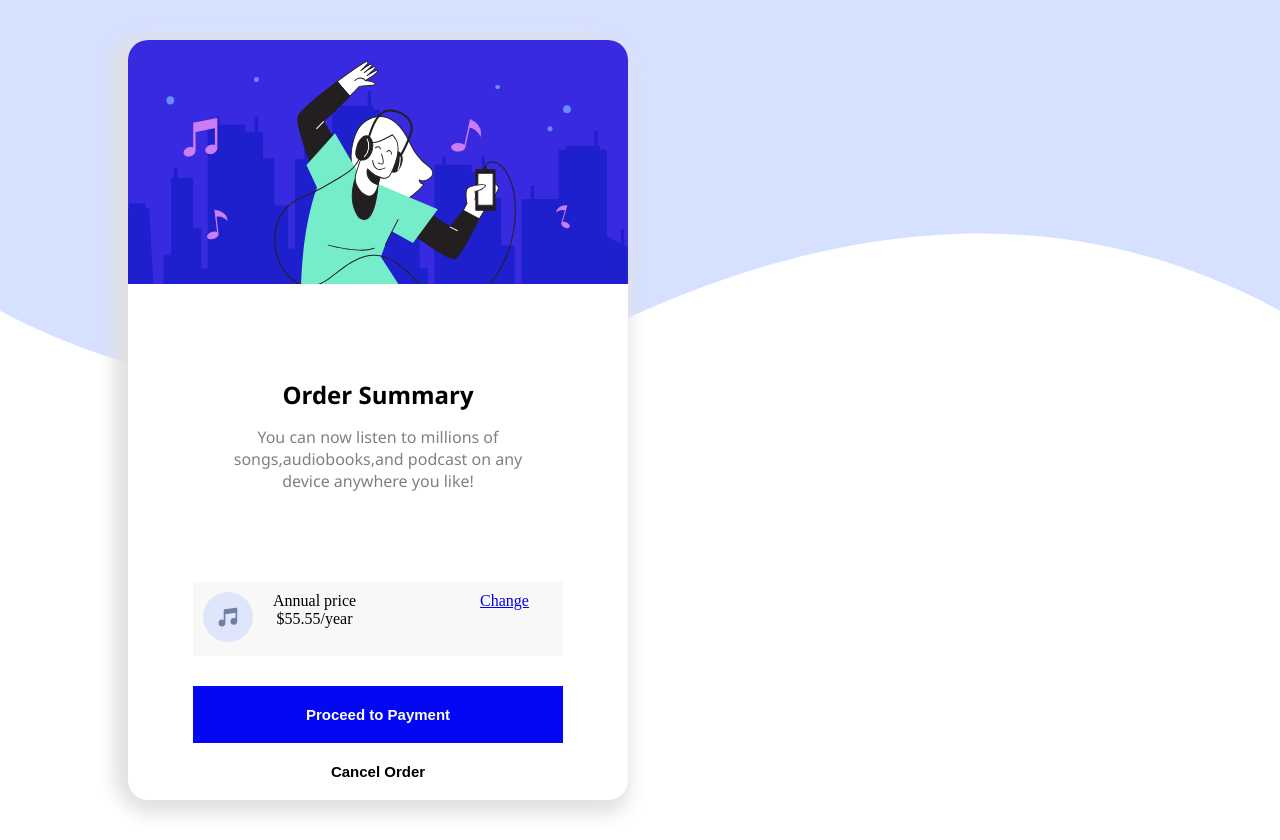
Repository: Eugene44-hub/newbie-project
Page: index.html
These files come from the project's save history. The page is drawn as it stood at one moment and after the next save; the edit follows.
The browser window is 1280 px wide. The pictures show the whole page.

Above is the page before, as saved 2021-08-29 10:04:17.

### index.html
<!DOCTYPE html>
<html lang="en">

<head>
    <link rel="stylesheet" href="style.css">
    <meta charset="UTF-8">
    <meta http-equiv="X-UA-Compatible" content="IE=edge">
    <meta name="viewport" content="width=device-width, initial-scale=1.0">
    <title>Document</title>
</head>

<body>
    <div class="container">

        <div class="card-container">
            <div class="card">
                <div class="content">
                    <div class="image"> <img src="illustration-hero.svg"></div>

                    <div class="text">
                        <h2>Order Summary</h2>
                        <p>You can now listen to millions of songs,audiobooks,and podcast on any device anywhere you like!</p>
                    </div>
                    <div class="musicCard">
                        <div class=musicIcon> <img src="icon-music.svg" id="icon" alt=""></div>
                        <div class="sub">Annual price <br>$55.55/year
                        </div>
                        <div class="link">
                            <a href="#">Change</a>
                        </div>

                    </div>
                    <button id="proceed">
                        Proceed to Payment
                    </button >
                    <button id="cancel">
                        Cancel Order
                    </button>
                </div>

            </div>
        </div>

    </div>
</body>

</html>

### style.css
* {
    padding: 0;
    margin: 0;
}

.container {
    background-image: url('pattern-background-desktop.svg');
    background-position: top;
    background-size: contain;
    background-repeat: no-repeat;
}

.card-container {
    display: flex;
    justify-content: center;
    align-items: center;
}

.card {
    margin-top: 40px;
    padding: 40px;
    width: 80%;
    margin: auto;
}

img {
    width: 100%;
    border-top-left-radius: 20px;
    border-top-right-radius: 20px;
}

.image {}

.content {
    text-align: center;
    background-color: white;
    border-radius: 20px;
    max-width: 500px;
    box-shadow: 0px 13px 20px rgb(226, 224, 224), -13px -0px 20px rgb(226, 224, 224);
}

.content::after {}

h2,
p {
    font-family: 'Segoe UI', Tahoma, Geneva, Verdana, sans-serif;
}

.text {
    padding: 90px;
}

h2 {
    margin-bottom: 15px;
}

p {
    color: grey;
}

.musicCard {
    display: flex;
    justify-content: center;
    align-content: center;
    width: 70%;
    margin: auto;
    background-color: rgb(248, 248, 247);
    padding: 10px;
    flex-wrap: wrap;
}

.link {
    flex: 10%;
    margin-left: 100px;
}

.musicIcon {
    flex: 80%;
    max-width: 50px;
    margin-right: 20px;
}

.price {
    flex: 10%;
    text-align: right;
}

button {
    width: 74%;
    padding: 20px;
    border: none;
    margin-top: 30px;
    font-size: 15px;
    font-weight: bold;
}

#cancel {
    background-color: white;
    margin-top: 0;
}

#proceed {
    background-color: rgb(3, 7, 243);
    color: white;
}

After the next save:
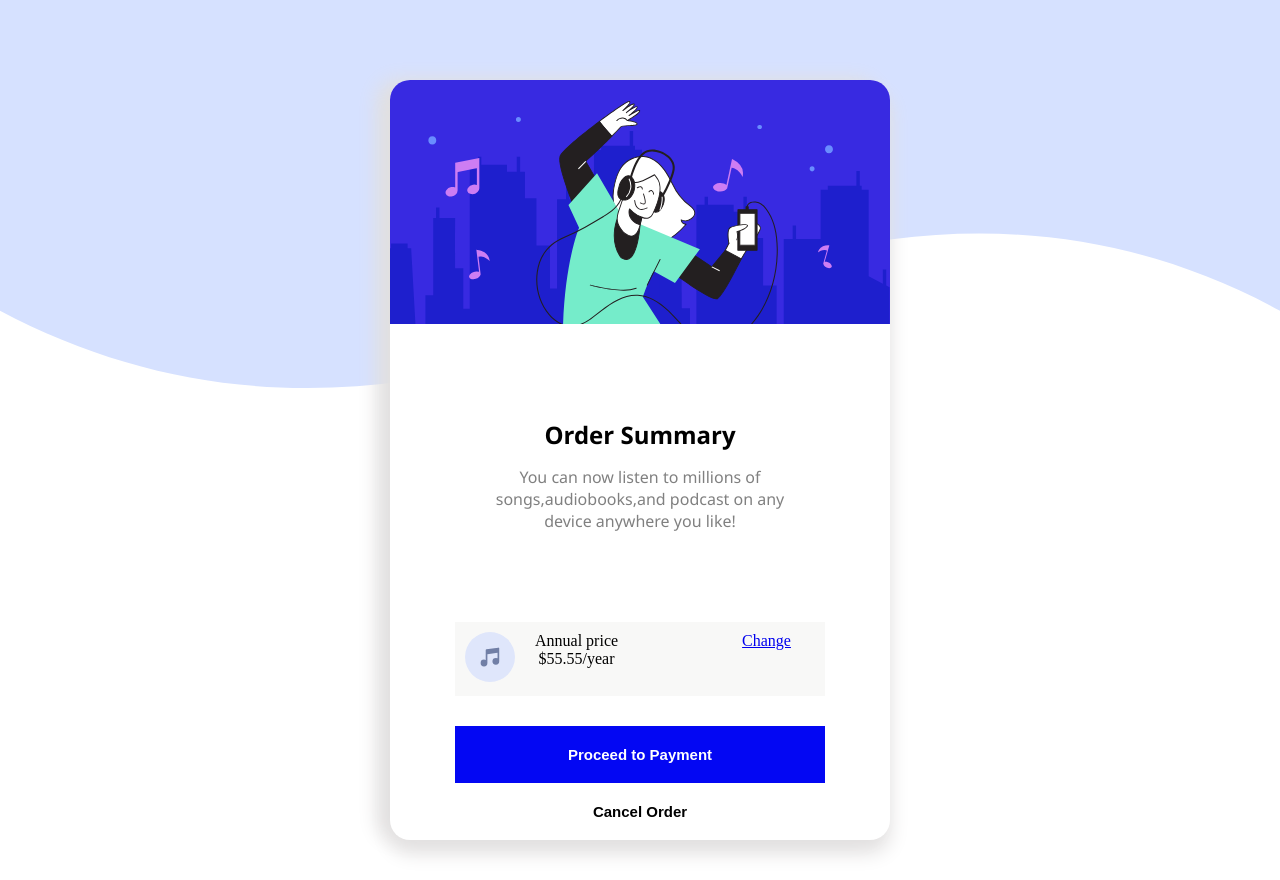
Saved 13 s later.
--- a/style.css
+++ b/style.css
@@ -19,8 +19,6 @@
 .card {
     margin-top: 40px;
     padding: 40px;
-    width: 80%;
-    margin: auto;
 }
 
 img {
